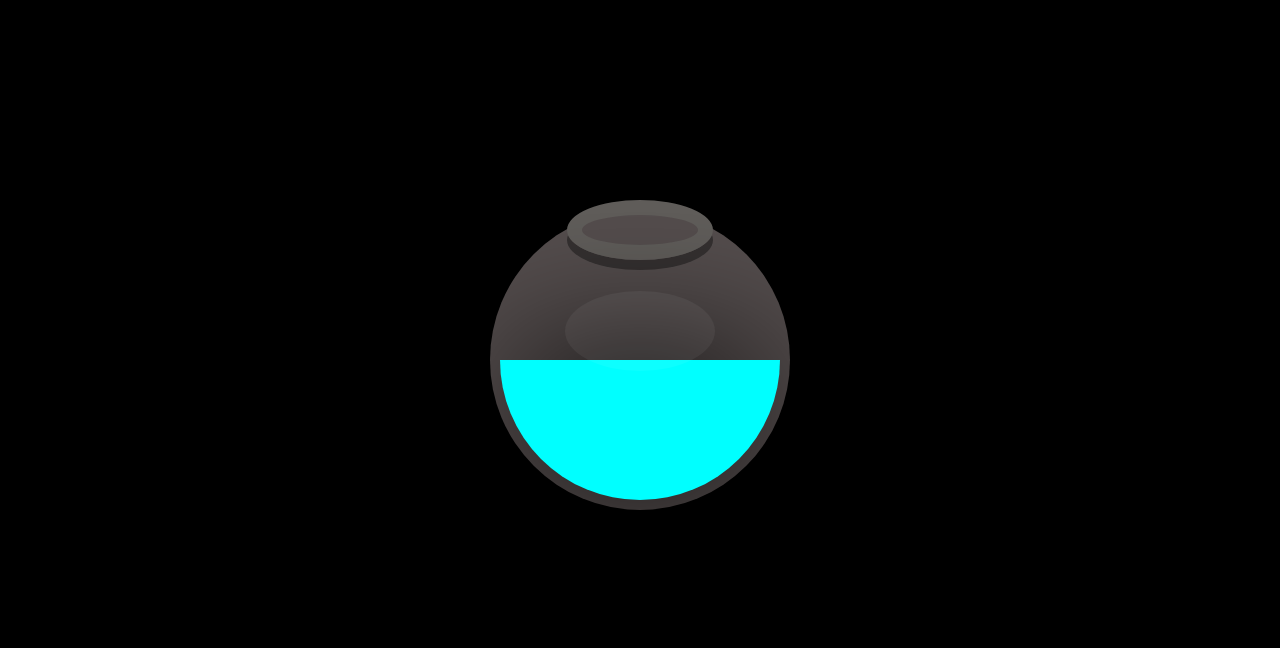
Repository: zjria/Colorful-Glowing-Liquid-Bowl-Animation-Effects
Page: index.html
The author's editor kept a copy of each file at every save. The page is drawn from the files as they stood at one save, then again after the next save.
The browser window is 1280 px wide. The pictures show the whole page.

Above is the page before, as saved 2022-04-15 17:56:31.

### index.html
<!DOCTYPE html>
<html lang="en">
<head>
    <meta charset="UTF-8">
    <meta http-equiv="X-UA-Compatible" content="IE=edge">
    <meta name="viewport" content="width=device-width, initial-scale=1.0">
    <title>Colorful Glowing Liquid Bowl Animation Effects</title>
    <link rel="stylesheet" href="style.css">
</head>
<body>
    <section>
        <div class="bowl">
            <div class="liquid">

            </div>
        </div>

    </section>
</body>
</html>

### style.css
*{
    margin: 0;
    padding: 0;
    box-sizing: border-box;
}
section{
    display: flex;
    justify-content: center;
    align-items: center;
    background: black;
    min-height: 100vh;
}
.bowl{
    position: relative;
    width: 300px;
    height: 300px;
    border-radius: 50%;
    background: rgb(85, 78, 78);
    border: 5px solid transparent;
}
.bowl::before{
    content: "";
    position: absolute;
    top: -15px;
    left: 50%;
    transform: translate(-50%);
    width: 40%;
    height: 30px;
    border-radius: 50%;
    border: 15px solid rgb(97, 94, 91);
    box-shadow: 0 10px rgb(53, 49, 49) ;
}
.bowl::after{
    content: "";
    position: absolute;
    top: 40%;
    left: 50%;
    transform: translate(-50%, -50%);
    border-radius: 50%;
    width: 150px;
    height: 80px;
    background: rgb(255, 255, 255, 0.05);

}
.liquid{
    position: absolute;
    top: 50%;
    left: 5px;
    right: 5px;
    bottom: 5px;
    background: aqua;
    border-bottom-left-radius: 150px;
    border-bottom-right-radius: 150px;
    filter: drop-shadow(0 0 80px )
}

After the next save:
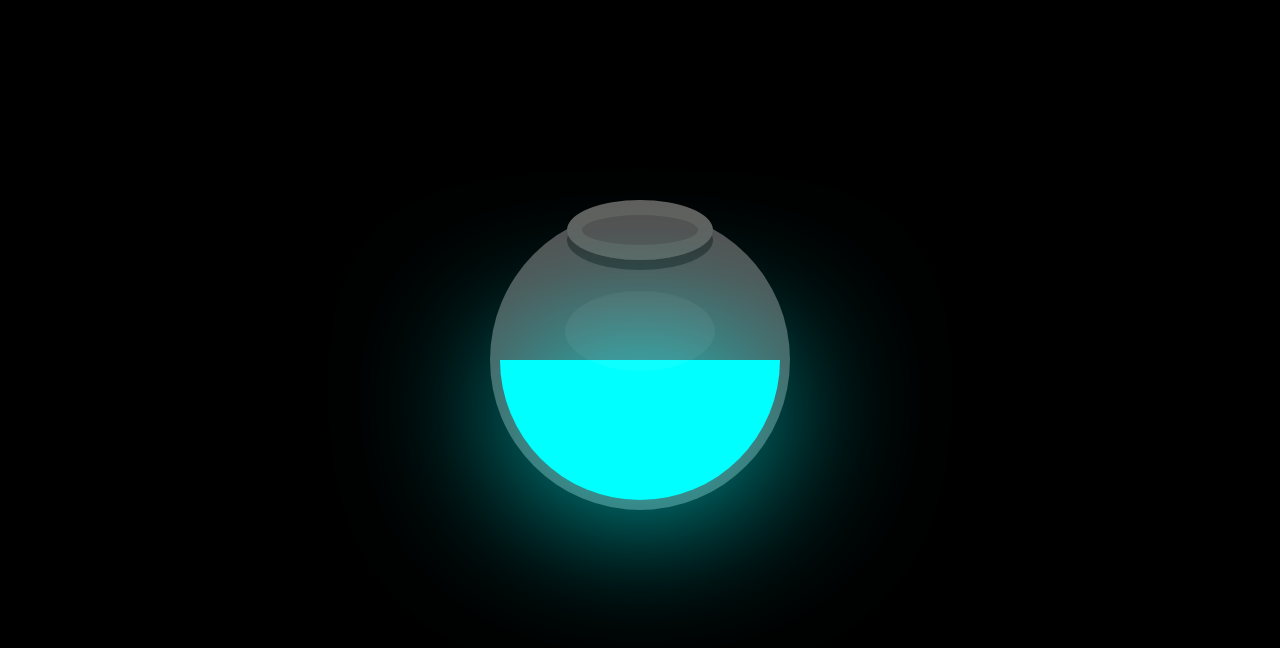
Saved 11 s later.
--- a/style.css
+++ b/style.css
@@ -51,5 +51,5 @@ section{
     background: aqua;
     border-bottom-left-radius: 150px;
     border-bottom-right-radius: 150px;
-    filter: drop-shadow(0 0 80px )
+    filter: drop-shadow(0 0 80px aqua)
 }
